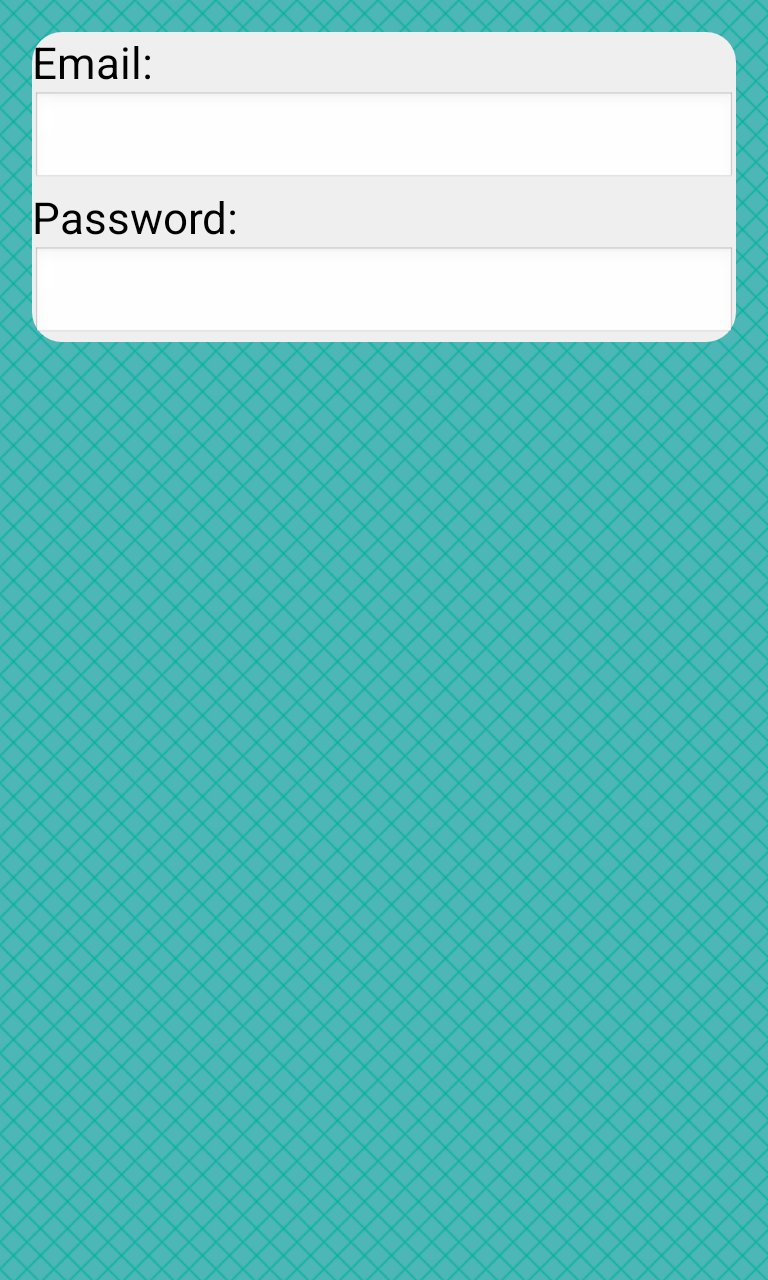
Repository: ppamorim/Coderock-X
Layout: workspace-Android/teste1/res/layout/activity_login.xml
The author's editor kept a copy of each file at every save. The layout is drawn from the files as they stood at one save, then again after the next save.
It is drawn on a 768 x 1280 px phone screen (xhdpi) without system bars, with theme android:Theme.NoTitleBar; the app's code is not run.

Above is the layout before, as saved 2014-01-05 05:54:14.

### workspace-Android/teste1/res/layout/activity_login.xml
<?xml version="1.0" encoding="utf-8"?>
<LinearLayout xmlns:android="http://schemas.android.com/apk/res/android"
    xmlns:tools="http://schemas.android.com/tools"
    android:id="@+id/LinearLayout1"
    android:layout_width="match_parent"
    android:layout_height="match_parent"
    android:background="@drawable/background"
    android:orientation="vertical"
    android:paddingBottom="@dimen/activity_vertical_margin"
    android:paddingLeft="@dimen/activity_horizontal_margin"
    android:paddingRight="@dimen/activity_horizontal_margin"
    android:paddingTop="@dimen/activity_vertical_margin"
    tools:context=".MainActivity" >

	<!-- <View
        android:id="@+id/spacer1"
        android:layout_width="wrap_content"
        android:layout_height="0dp"
        android:layout_gravity="center_horizontal"
        android:layout_weight="0.18"
        android:background="@layout/rounded" />-->

    <FrameLayout
        android:layout_width="match_parent"
        android:layout_height="wrap_content"
        android:background="@layout/rounded"
        android:layout_gravity="center"  >

        <LinearLayout
            android:layout_width="match_parent"
            android:layout_height="match_parent"
            android:orientation="vertical" >

            <TextView
                android:id="@+id/textView1"
                android:layout_width="wrap_content"
                android:layout_height="wrap_content"
                android:text="@string/Email"
                android:textColor="#000"
                android:textAppearance="?android:attr/textAppearanceLarge" />

            	<EditText
            	android:id="@+id/editText1"
            	android:layout_width="match_parent"
            	android:layout_height="wrap_content"
            	android:ems="10" />

            <TextView
                android:id="@+id/textView2"
                android:layout_width="wrap_content"
                android:layout_height="wrap_content"
                android:text="@string/Password"
                android:textColor="#000"
                android:textAppearance="?android:attr/textAppearanceLarge" />

        <EditText
            android:id="@+id/editText1"
            android:layout_width="match_parent"
            android:layout_height="wrap_content"
            android:ems="10" >
        </EditText>
        </LinearLayout>

    </FrameLayout>

</LinearLayout>

### workspace-Android/teste1/res/drawable-hdpi/background.xml
<?xml version="1.0" encoding="utf-8"?>
<bitmap xmlns:android="http://schemas.android.com/apk/res/android"
  android:src="@drawable/bg"
  android:tileMode="repeat" />

### workspace-Android/teste1/res/layout/rounded.xml
<?xml version="1.0" encoding="utf-8"?>
<layer-list xmlns:android="http://schemas.android.com/apk/res/android">
    <item>
        <shape android:shape="rectangle" >
            <corners android:radius="15dip" />
            <solid android:color="#efefef" />
            <stroke android:width="0dp" android:color="#bebfc1"/>
        </shape>
    </item>
</layer-list>

### workspace-Android/teste1/res/values/strings.xml
<?xml version="1.0" encoding="utf-8"?>
<resources>

    <string name="app_name">Feel</string>
    <string name="action_settings">Settings</string>
    <string name="hello_world">Hello world!</string>
    <string name="Email">Email:</string>
    <string name="Password">Password:</string>
    <string name="Resultado">Resultado:</string>
    <string name="BotaoSomar">Somar</string>
    <string name="BotaoSub">Subtrair</string>
    <string name="BotaoMulti">Multiplicar</string>
    <string name="BotaoDividir">Dividir</string>

</resources>

Loaded but not shown: workspace-Android/teste1/res/values/dimens.xml (common file)

After the next save:
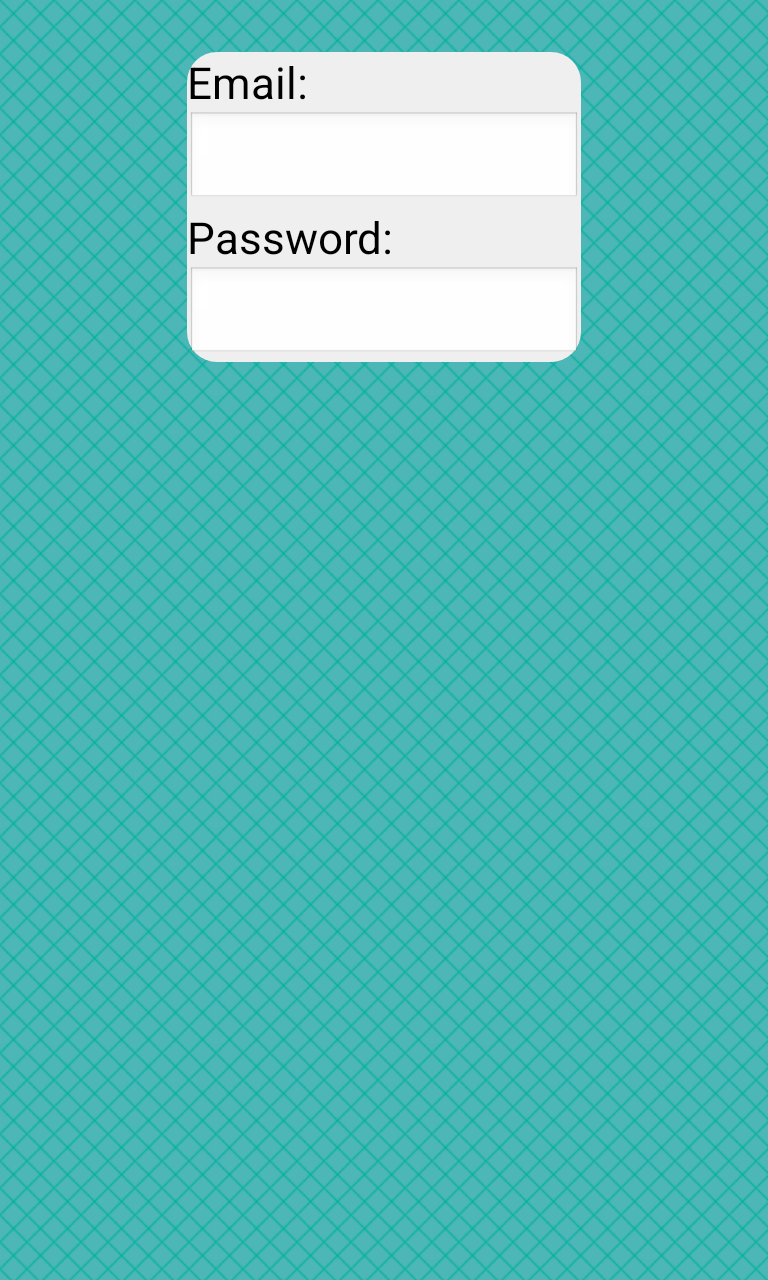
Saved 98 s later.
--- a/workspace-Android/teste1/res/layout/activity_login.xml
+++ b/workspace-Android/teste1/res/layout/activity_login.xml
@@ -21,10 +21,11 @@
         android:background="@layout/rounded" />-->
 
     <FrameLayout
-        android:layout_width="match_parent"
+        android:layout_width="197dp"
         android:layout_height="wrap_content"
+        android:layout_gravity="center"
         android:background="@layout/rounded"
-        android:layout_gravity="center"  >
+        android:layout_marginTop="10dp" >
 
         <LinearLayout
             android:layout_width="match_parent"
